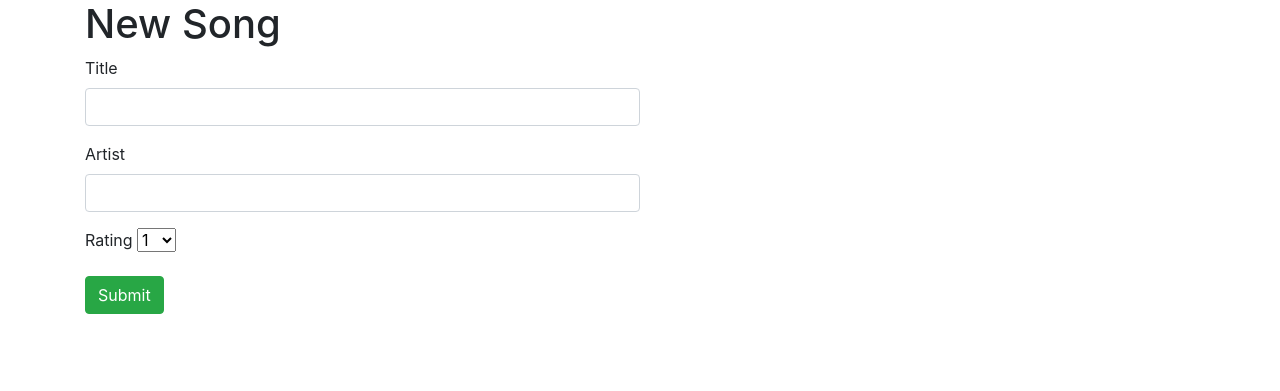
Repository: ACow3/java
Page: http://localhost/lookify/WEB-INF/lookify/new.jsp
An editor plug-in stored every save of this project. The page is shown before and after the next save, followed by the edit.
The browser window is 1280 px wide. The pictures show the whole page.
The page is served by Tomcat 9. Nobody is signed in. Other server files are loaded and not shown. The template is opened directly, without the code that normally fills it, so the values that code supplies are empty.

Above is the page before, as saved 2019-08-15 20:51:41.

### java_spring/lookify/src/main/webapp/WEB-INF/lookify/new.jsp
<%@ page language="java" contentType="text/html; charset=UTF-8"
    pageEncoding="UTF-8"%>
<%@ page isErrorPage="true"%>
<%@ taglib prefix="form" uri="http://www.springframework.org/tags/form"%>
<link rel="stylesheet"
	href="https://stackpath.bootstrapcdn.com/bootstrap/4.3.1/css/bootstrap.min.css"
	integrity="sha384-ggOyR0iXCbMQv3Xipma34MD+dH/1fQ784/j6cY/iJTQUOhcWr7x9JvoRxT2MZw1T"
	crossorigin="anonymous">
<!DOCTYPE html>
<html>
<head>
<meta charset="UTF-8">
<title>New Song</title>
</head>
<body>
<div class="container">

			<h1>New Song</h1>
			<form:form action="songs/new" method="post" modelAttribute="song">
				<p>
					<form:label path="name">Title</form:label>
					<form:errors path="name" />
					<form:input path="name" class="form-control col-6" />
				</p>
				<p>
					<form:label path="artist">Artist</form:label>
					<form:errors path="artist" />
					<form:input path="artist" class="form-control col-6" />
				</p>
				<p>
					<form:label path="rating">Rating</form:label>
					<form:errors path="rating" />
					<form:select path="rating" >
						<option>1</option>
						<option>2</option>
						<option>3</option>
						<option>4</option>
						<option>5</option>
						<option>6</option>
						<option>7</option>
						<option>8</option>
						<option>9</option>
						<option>10</option>
					</form:select>
				</p>

				<input type="submit" class="btn btn-success" value="Submit" />
			</form:form>
		</div>

</body>
</html>

After the next save:
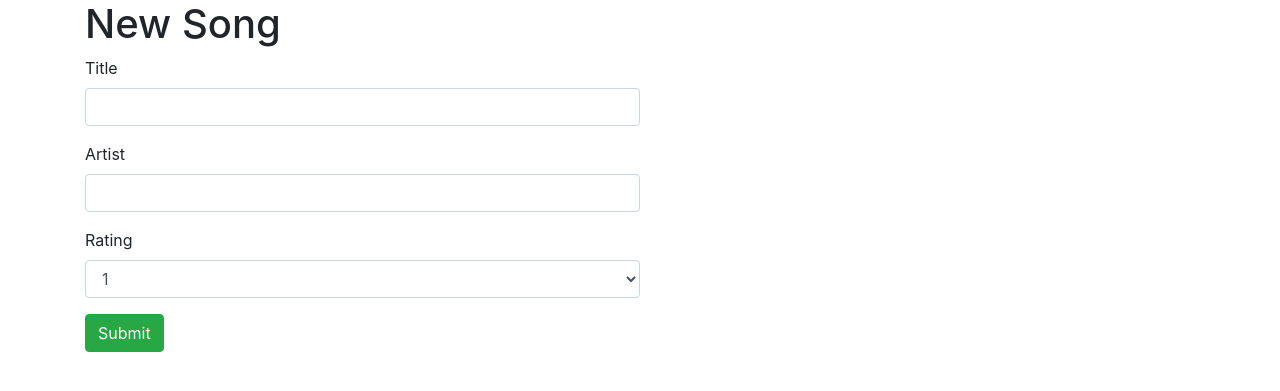
Saved 27 s later.
--- a/java_spring/lookify/src/main/webapp/WEB-INF/lookify/new.jsp
+++ b/java_spring/lookify/src/main/webapp/WEB-INF/lookify/new.jsp
@@ -30,7 +30,7 @@
 				<p>
 					<form:label path="rating">Rating</form:label>
 					<form:errors path="rating" />
-					<form:select path="rating" >
+					<form:select class="form-control col-6" path="rating" >
 						<option>1</option>
 						<option>2</option>
 						<option>3</option>
